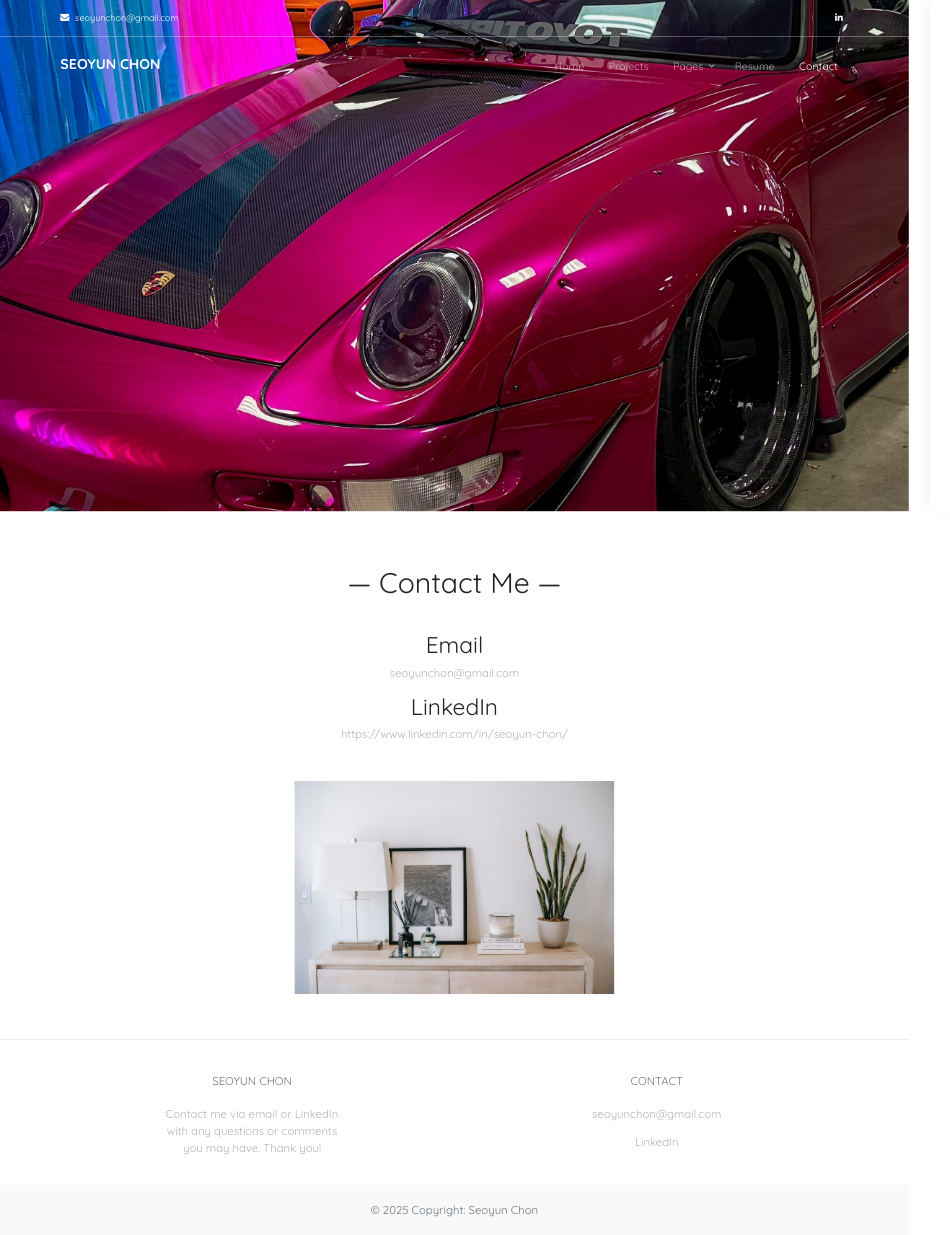
Repository: schon02/seoyun-chon-portfolio
Page: contact_page.html
An editor plug-in stored every save of this project. The page is shown before and after the next save, followed by the edit.
The browser window is 1280 px wide. The page is 1338 px wide, so the pictures cover 1338 px, including what lies to the right of the window. The pictures show the whole page, at 71% of full size.

Above is the page before, as saved 2025-01-08 23:50:47.

After the next save:
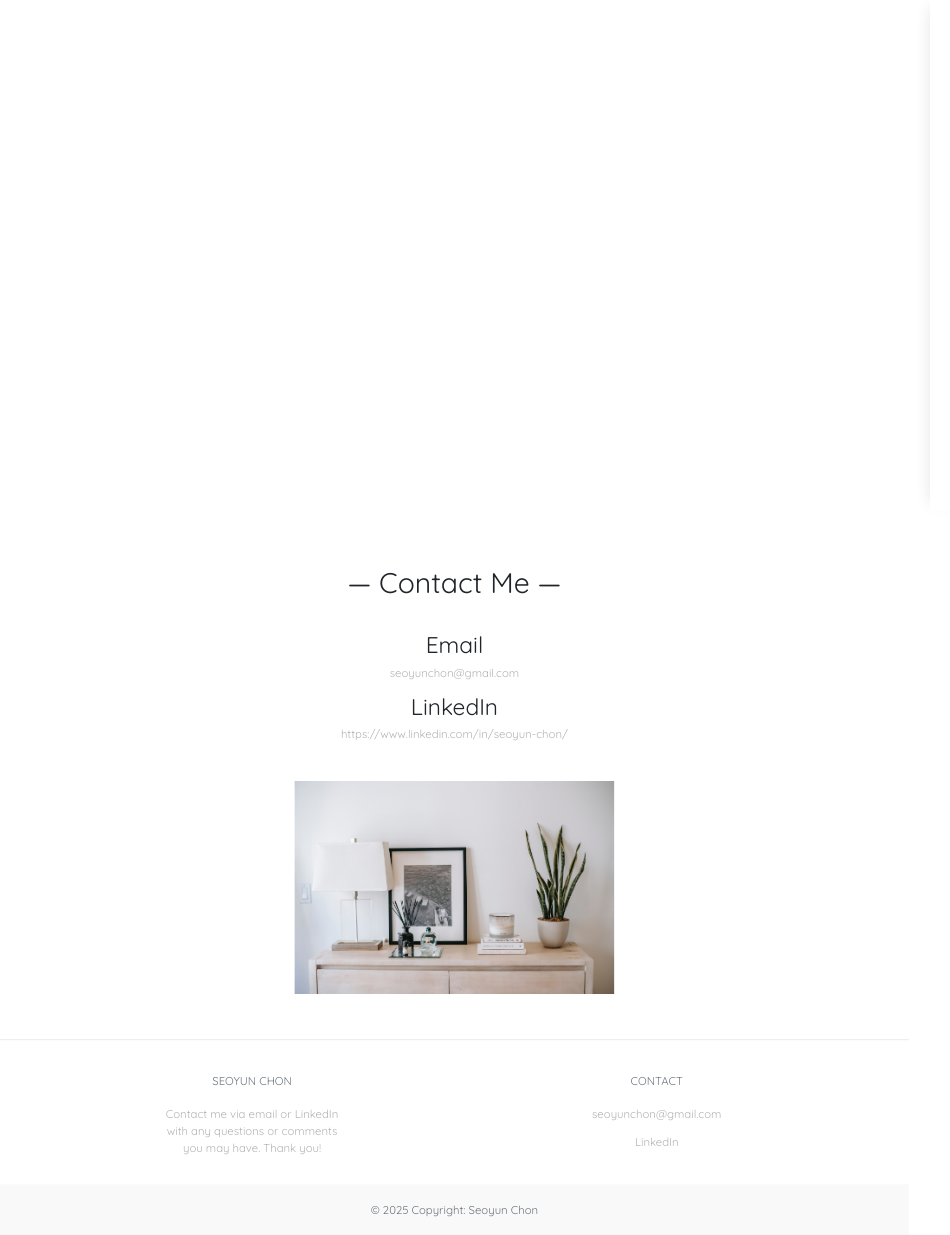
Not found: images/rwb2.JPG
Saved 15 s later.
--- a/contact_page.html
+++ b/contact_page.html
@@ -114,7 +114,7 @@
             </div>
           </div>
 
-          <div class="hero" style="background-image: url('images/rwb.JPG');"></div>
+          <div class="hero" style="background-image: url('images/rwb2.JPG');"></div>
 
         <!-- <div class="contactImage">
             <div class="welcomeText">

After the 2 saves that followed:
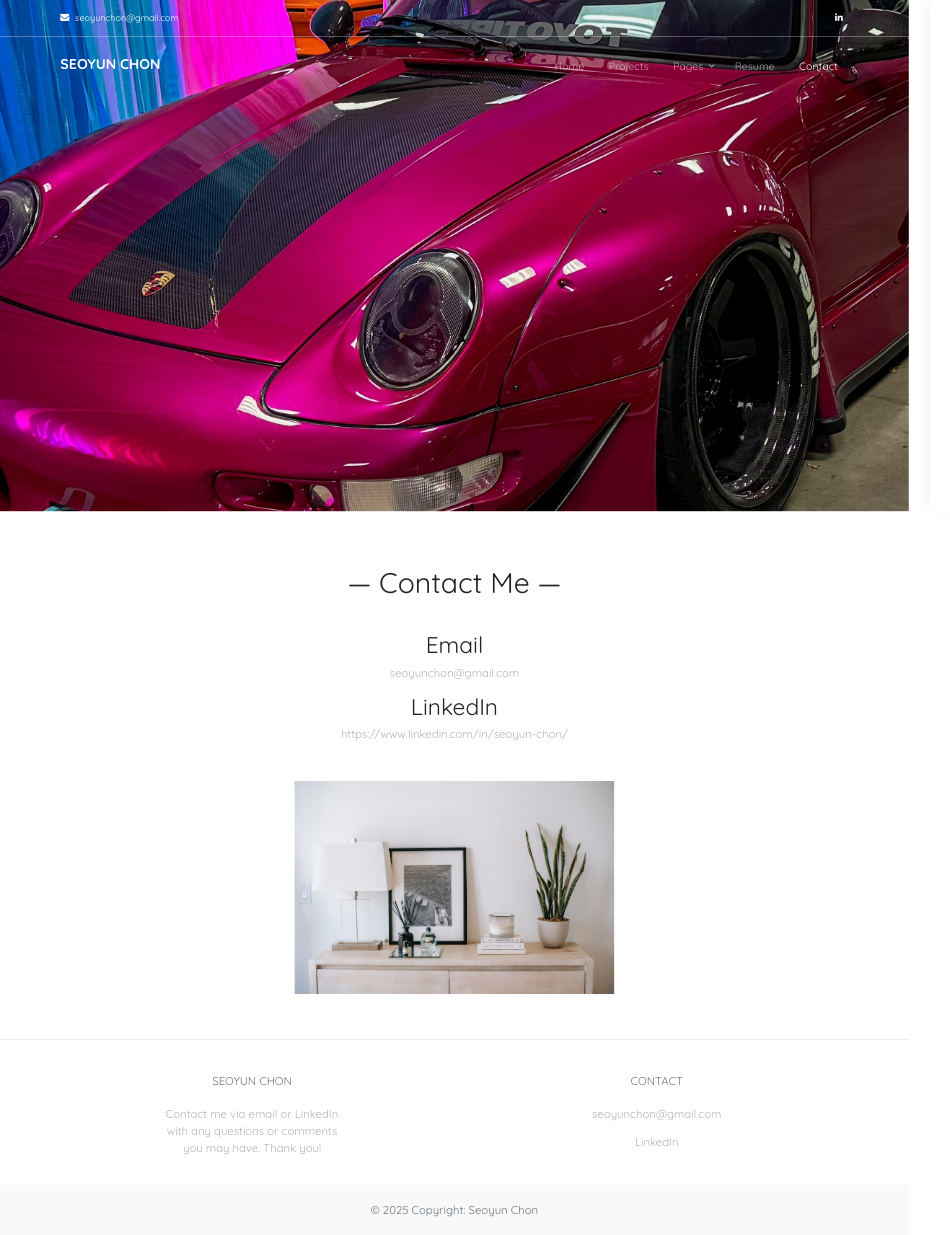
The 2 saves are shown as one change because 1 left the picture as it was.
The last was saved 53 s later.
--- a/contact_page.html
+++ b/contact_page.html
@@ -114,7 +114,7 @@
             </div>
           </div>
 
-          <div class="hero" style="background-image: url('images/rwb2.JPG');"></div>
+          <div class="hero" style="background-image: url('images/rwb.JPG');"></div>
 
         <!-- <div class="contactImage">
             <div class="welcomeText">
